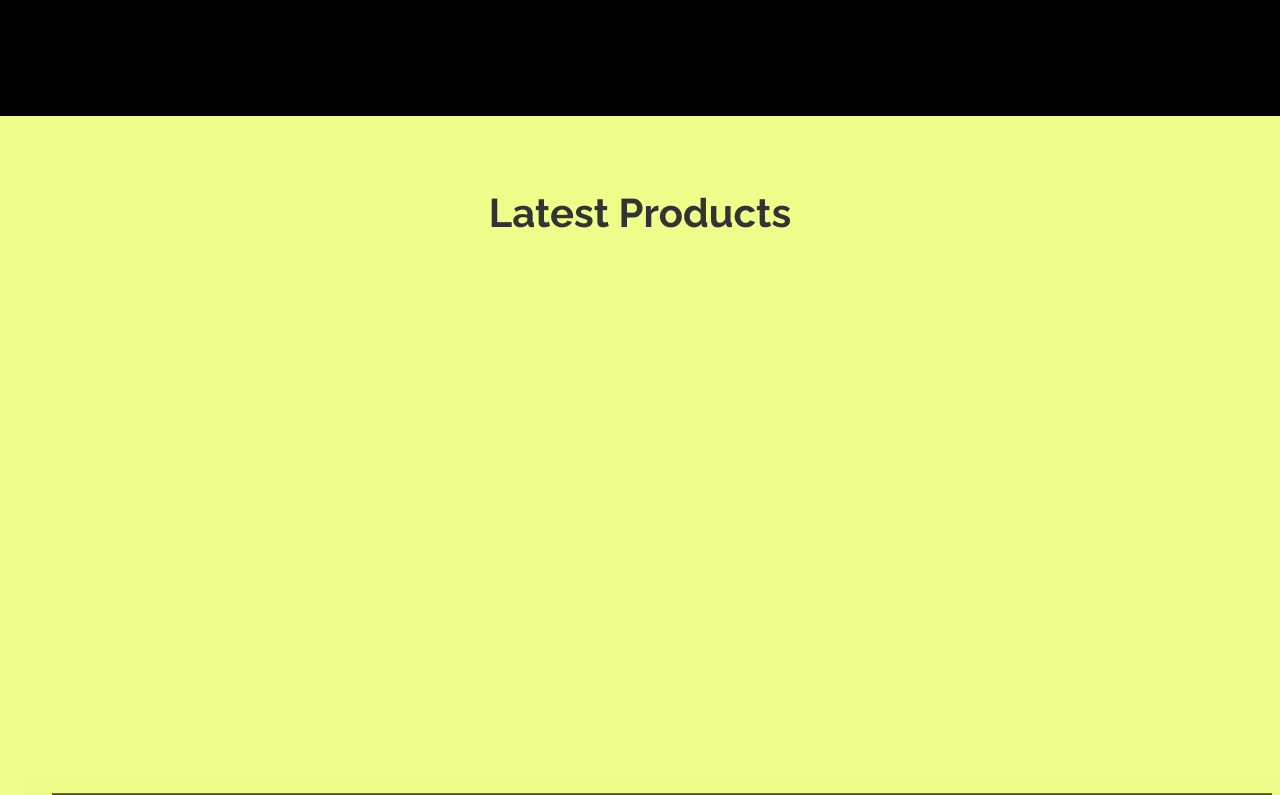
Repository: EphrahimLaanyu123/fashi_onfeet
Page: /
The author's editor kept a copy of each file at every save. The page is drawn from the files as they stood at one save, then again after a run of saves.
The browser window is 1280 px wide. The pictures show the part of the page from y = 1416 to 2211 px (the page is 6402 px tall before and 3786 px after).
Pictures or frames that could not be fetched are drawn as grey boxes. The page's requests for data from a server got no answer. Backgrounds fixed to the window are drawn as part of the page. Some web fonts or font styles are not loaded; a fallback is used. The project was rebuilt for these pictures with package versions that can differ from the ones it lists, and the page was loaded fresh each time. No one was signed in, and anything a server would have sent is missing. Also part of the build but not shown: vite.config.js, src/index.css, src/Shop/supabaseClient.js, src/Shop/components/Product.jsx, src/Shop/Shop.jsx, src/Shop/components/AddForm.css, src/Shop/components/AddProductForm.jsx, src/Shop/components/Cart.jsx and 1 more.

Above is the page before, as saved 2025-04-26 16:00:31.

### src/main.jsx
import { StrictMode } from 'react'
import { createRoot } from 'react-dom/client'
import './index.css'
import App from './App.jsx'
import 'slick-carousel/slick/slick.css';
import 'slick-carousel/slick/slick-theme.css';


createRoot(document.getElementById('root')).render(
  <StrictMode>
    <App />
  </StrictMode>,
)

### src/App.jsx
// src/App.js
import React from 'react';
import { BrowserRouter as Router, Routes, Route } from 'react-router-dom';
import './App.css';

import Home from './Home/Home';
import Products from './Home/components/Products';
import Shop from './Shop/Shop';
import AddForm from './Shop/components/AddProductForm';
import Cart from './Shop/components/Cart';
import Auth from './Auth/Auth';
import Fashi from './Home/Fashi';

function App() {
  return (
    <Router>
      <div className="App">
        <Routes>
          <Route path="/" element={<Fashi />} />
          <Route path="/auth" element={<Auth />} />
          <Route path="/shop" element={<Shop />} />
          <Route path="/add" element={<AddForm />} />
          <Route path="/cart" element={<Cart/>} />
          {/* 404 fallback */}
        </Routes>
      </div>
    </Router>
  );
}

export default App;

### src/App.css
/* index.css or main.css */
body, html {
    margin: 0;
    padding: 0;
  }

### src/Home/Home.jsx
import React from "react";
import "./Home.css"; // Import the CSS file
import Navbar from "../Navbar";

const Home = () => {
  return (
    <div className="home-container">
      <Navbar></Navbar>
      <div className="unique-container">
        <div className="image-wrapper-1">
          <div className="image-wrapper-text">
          <h1>Elevate Your Style</h1>
          <h2>FashionFeet is Your Gateway to Exclusive Kicks</h2>
          <button></button>
          </div>
        </div>
        <div className="image-wrapper-2">
        </div>
      </div>
    </div>
  );
};

export default Home;

### src/Home/components/Products.jsx
import { useEffect, useState } from 'react';
import { createClient } from '@supabase/supabase-js';
import Slider from 'react-slick';
import './Products.css';
import FadeSection from './FadeSection';

const supabaseUrl = import.meta.env.VITE_SUPABASE_URL;
const supabaseKey = import.meta.env.VITE_SUPABASE_ANON_KEY;
const supabase = createClient(supabaseUrl, supabaseKey);

const Products = () => {
  const [products, setProducts] = useState([]);
  const [fadeOpacity, setFadeOpacity] = useState(0); // Start with 0 opacity
  const [isVisible, setIsVisible] = useState(false);

  useEffect(() => {
    const fetchLatestProducts = async () => {
      const { data, error } = await supabase
        .from('products')
        .select('id, name, description, price, product_images(image_path)')
        .order('created_at', { ascending: false })
        .limit(6);

      if (error) {
        console.error('Error fetching products:', error.message);
      } else {
        setProducts(data);
      }
    };

    fetchLatestProducts();
  }, []);

  useEffect(() => {
    const handleScroll = () => {
      const scrollY = window.scrollY;
      const fadeStart = 200; // Adjust when the fade effect starts
      const fadeEnd = 500;   // Adjust when the fade effect fully ends
      const opacity = Math.min(1, Math.max(0, (scrollY - fadeStart) / (fadeEnd - fadeStart)));
      setFadeOpacity(opacity);

      // Determine if the fade content is in full view
      const fadeSection = document.querySelector('.fade-section');
      if (fadeSection) {
        const rect = fadeSection.getBoundingClientRect();
        setIsVisible(rect.top <= window.innerHeight && rect.bottom >= 0);
      }
    };

    window.addEventListener('scroll', handleScroll);
    return () => window.removeEventListener('scroll', handleScroll);
  }, []);

  const settings = {
    dots: false,
    infinite: true,
    speed: 500,
    slidesToShow: 3,
    slidesToScroll: 1,
    responsive: [
      { breakpoint: 1024, settings: { slidesToShow: 2 } },
      { breakpoint: 768, settings: { slidesToShow: 1 } },
    ],
  };

  return (
    <div className="products-wrapper">
      <h2 className="products-title">Latest Products</h2>
      <Slider {...settings} className="slider">
        {products.map((product) => (
          <div key={product.id} className="product-card-home">
            <img
              src={
                product.product_images?.[0]
                  ? `${supabaseUrl}/storage/v1/object/public/product-images/${product.product_images[0].image_path}`
                  : 'https://via.placeholder.com/300'
              }
              alt={product.name}
              className="product-image"
            />
            <div className="product-info">
              <h3 className="product-name">{product.name}</h3>
              <p className="product-description">{product.description}</p>
              <p className="product-price">Ksh {product.price}</p>
            </div>
          </div>
        ))}
      </Slider>
      <FadeSection></FadeSection>

    </div>
  );
};

export default Products;

### src/Home/Fashi.jsx
import React from 'react'
import Home from './Home'
import Products from './components/Products'
import ParallaxSection from './components/ParallaxSection'
import Footer from '../Footer'

const Fashi = () => {
  return (
    <div>
      <Home></Home>
      <Products></Products>
      <ParallaxSection></ParallaxSection>
      <Footer></Footer>

    </div>
  )
}

export default Fashi

### src/Home/Home.css
@import url('https://fonts.googleapis.com/css2?family=Oranienbaum&display=swap');


.home-container {
  display: flex;
  flex-direction: column;
  align-items: center;
  justify-content: center;
  min-height: 100vh;
  background-color: #000000;
  padding: 20px;
  overflow-x: hidden;
}

.home-title {
  font-size: 2rem;
  font-weight: bold;
  text-align: center;
  margin-bottom: 20px;
}

.unique-container {
  width: 100vw;
  display: flex;
  justify-content: center;
  padding-top: 6rem;
  padding-bottom: 6rem;
}


.image-wrapper-1 {
  display: flex;
  flex-direction: column;
  width: 65%;
  height: 1300px;
  background-image: url('https://static.wixstatic.com/media/bc439c_81f0e108fef742289cca2a608af8d3c1~mv2.jpg');
  background-size: cover;
  background-position: center;
  background-attachment: fixed;
  background-repeat: no-repeat;
}

.image-wrapper-2 {
  display: flex;
  justify-content: center;
  align-items: center;
  width: 35%;
  height: 1300px;
  background-image: url('https://static.wixstatic.com/media/bc439c_01f9dcb9288c449084b2625be71b7a54~mv2.jpg');
  background-size: contain;
  background-position: center;
  background-attachment: fixed;
}

@media (max-width: 768px) {
  .image-container {
    flex-direction: column;
    align-items: center;
  }

  .image-wrapper-1,
  .image-wrapper-2 {
    width: 80%;
    max-width: 100%;
    background-attachment: scroll; /* Ensure no parallax on small screens */
  }
}

.image-wrapper-text {
  display: flex;
  flex-direction: column;
  padding: 2rem;
}


.image-wrapper-1 h1 {
  font-size: 10rem;
  color: white;
  text-shadow: 2px 2px 8px rgba(255, 255, 255, 0.3);
  text-align: left;
  font-family: "Oranienbaum", serif;

}

.image-wrapper-1 h2 {
  font-size: 2rem;
  color: #f0eaea;
  text-shadow: 1px 1px 6px rgba(255, 255, 255, 0.2);
  text-align: left;
  max-width: 80%;
}

### src/Navbar.jsx
import React from 'react'
import './Navbar.css'

const Navbar = () => {
  return (
    <nav className="navbar">
      <div className="navbar-left">fashi_<span>onfeet</span></div>

      <div className="navbar-center">
        <a href="/" className="nav-link">Home</a>
        <a href="/shop" className="nav-link">Shop</a>
      </div>

      <div className="navbar-right">
        <a href="/cart" className="cart-icon">🛒</a>
      </div>
    </nav>
  )
}

export default Navbar

### src/Home/components/Products.css
.products-wrapper {
  padding: 40px 20px;
  background-color: #EFFE8A;
  font-family: "Raleway", sans-serif;
  overflow-x: hidden;
  position: relative; /* Needed for absolute positioning of children if necessary */
}

.products-title {
  text-align: center;
  font-size: 2.5rem;
  font-weight: bold;
  margin-bottom: 40px;
  color: #333;
}
.slider {
  display: flex;
  gap: 60px;
  height: 500px; /* Set fixed height */
  align-items: center; /* Ensure slides are vertically centered */
  overflow: hidden; /* prevents content inside from leaking out */

}

.slick-slide {
  display: flex;
  justify-content: center;
  padding: 0 10px; /* Optional: Add space around each slide */
}

.product-card-home {
  background-color: #F7FFC5;
  overflow: hidden;
  transition: box-shadow 0.3s ease;
  height: 450px;
  width: 100%; /* Ensure each card takes full width of its slide */
  display: flex;
  flex-direction: column;
  border: 2px solid black; /* Add a 2px solid black border */
  box-sizing: border-box; /* Ensures border doesn't affect the overall size of the card */
}


.product-card-home:hover {
  box-shadow: 0 4px 20px rgba(0, 0, 0, 0.2);
}

.product-image {
  width: 100%;
  height: 65%; /* Increase image height to cover most of the card */
  object-fit: cover;
}

.product-info {
  padding: 16px;
  font-size: 1rem; /* Adjust font size to be smaller for better balance */
  flex-grow: 1; /* Ensure the product info takes the remaining space */
  display: flex;
  flex-direction: column;
  justify-content: flex-end; /* Align the text towards the bottom */
}

.product-name {
  font-size: 1.3rem; /* Adjust font size for better balance */
  margin: 0 0 8px;
  color: #333;
}

.product-description {
  font-size: 1rem;
  color: #666;
}

.product-price {
  font-weight: bold;
  font-size: 1.5rem; /* Adjust font size */
  color: #000;
}

/* Slick Carousel styling */
.slick-slide {
  display: flex;
  justify-content: center;
  padding: 0 10px; /* Adding horizontal padding for spacing between cards */
}

.slick-prev, .slick-next {
  z-index: 1;
}


/* Responsive design */
@media (max-width: 1024px) {
  .products-wrapper {
    padding: 20px;
  }
}

@media (max-width: 768px) {
  .products-wrapper {
    padding: 10px;
  }
}

### src/Home/components/FadeSection.jsx
import { useEffect, useState, useRef } from 'react';
import './FadeSection.css';

const FadeSection = () => {
  const [isVisible, setIsVisible] = useState(false);
  const [scrollProgress, setScrollProgress] = useState(0);
  const sectionRef = useRef(null);

  useEffect(() => {
    const handleScroll = () => {
      if (!sectionRef.current) return;

      const sectionTop = sectionRef.current.getBoundingClientRect().top;
      const windowHeight = window.innerHeight;

      const visibility = Math.max(0, Math.min(1, 1 - sectionTop / windowHeight));
      setScrollProgress(visibility);
      setIsVisible(visibility > 0.1);
    };

    window.addEventListener('scroll', handleScroll);
    handleScroll();

    return () => window.removeEventListener('scroll', handleScroll);
  }, []);

  return (
    <div
      ref={sectionRef}
      className="fade-section"
      style={{
        backgroundColor: `rgba(239, 254, 138, ${scrollProgress})`,
      }}
    >
      <div
        className={`fade-content ${isVisible ? 'visible' : ''}`}
        style={{
          opacity: scrollProgress,
          transform: `translateY(${(1 - scrollProgress) * 50}px)`,
        }}
      >
        <div className="image-background-wrapper">
          <img
            src="https://static.wixstatic.com/media/bc439c_cb372cc97203439cba9f64c8f15cf5c3~mv2.jpg"
            alt="Background"
            className="background-img"
          />
          <div className="overlay" />
          <div className="overlay-content">
            <p>Discover a wide variety of items tailored just for you.</p>
            <button className="explore-button">View All Products</button>
          </div>
        </div>
      </div>
    </div>
  );
};

export default FadeSection;

### src/Shop/components/Cart.css
.cart-container {
    padding: 20px;
    font-family: Arial, sans-serif;
  }

  h2 {
    margin-bottom: 20px;
  }

  .cart-items {
    display: flex;
    flex-direction: column;
    gap: 20px;
  }

  .cart-item {
    display: flex;
    gap: 20px;
    border: 1px solid #ddd;
    padding: 10px;
    border-radius: 8px;
  }

  .cart-item-image {
    width: 100px;
    height: 100px;
    object-fit: cover;
  }

  .cart-item-details {
    flex: 1;
  }

  .cart-total {
    margin-top: 30px;
    font-size: 18px;
    font-weight: bold;
  }

  .checkout-btn {
    margin-top: 10px;
    padding: 10px 20px;
    background-color: #2196f3;
    color: white;
    border: none;
    border-radius: 5px;
    cursor: pointer;
  }

  .checkout-btn:hover {
    background-color: #1976d2;
  }

### src/Home/components/ParallaxSection.jsx
import { useEffect, useRef } from 'react';
import './ParallaxSection.css';

function ParallaxSection() {
  const leftImageRef = useRef(null);
  const rightImageRef = useRef(null);

  useEffect(() => {
    const handleScroll = () => {
      const scrollPosition = window.scrollY;
      const sectionOffset = leftImageRef.current?.getBoundingClientRect().top + window.scrollY || 0;

      // Only apply parallax effect when the section is in view
      if (leftImageRef.current && rightImageRef.current) {
        const relativeScroll = Math.max(0, scrollPosition - sectionOffset);
        leftImageRef.current.style.transform = `translateY(${relativeScroll * 0.2}px)`;
        rightImageRef.current.style.transform = `translateY(${relativeScroll * 0.4}px)`;
      }
    };

    window.addEventListener('scroll', handleScroll);

    return () => {
      window.removeEventListener('scroll', handleScroll);
    };
  }, []);

  return (
    <div className="parallax-container">
      <div className="parallax-section">
      <div className="image-container left">
  <div className="parallax-wrapper">
    <div
      className="parallax-image"
      ref={leftImageRef}
      style={{ backgroundImage: 'url("https://static.wixstatic.com/media/bc439c_cb372cc97203439cba9f64c8f15cf5c3~mv2.jpg")' }}
    />
    <div className="parallax-text top">Inspiring Innovation</div>
  </div>
</div>

<div className="image-container right">
  <div className="parallax-wrapper">
    <div
      className="parallax-image"
      ref={rightImageRef}
      style={{ backgroundImage: 'url("https://static.wixstatic.com/media/bc439c_f673244f98014114a7e469d7769acfa2~mv2.jpg")' }}
    />
    <div className="parallax-text bottom">Crafted With Passion</div>
  </div>
</div>

      </div>



      <div className="scroll-indicator">
        <span></span>
      </div>


    </div>
  );
}

export default ParallaxSection;

### src/Footer.jsx
import React from 'react'
import "./Footer.css"

const Footer = () => {
  return (
    <div className='footer'>
      <div className="footer-container"> {/* New wrapper */}
        <section className="footer-left">
          <ul className="links">
            <li>Privacy Policy</li>
            <li>Accessibility Statement</li>
            <li>Shipping Policy</li>
            <li>Terms & Conditions</li>
            <li>Refund Policy</li>
          </ul>
        </section>

        <section className="footer-right">
          <p>Stay connected with us</p>
          <p>0712345678</p>
          <p>fashionfeet.com</p>
          <p>Nairobi, Kenya</p>
          <ul className="socials">
            {/* Social icons can go here */}
          </ul>
        </section>
      </div>
      <section className="footer-bottom">
        <p>Fashionfeet</p>
      </section>
    </div>
  )
}

export default Footer

### src/Navbar.css
.navbar {
  position: fixed;
  top: 0;
  left: 0;
  width: 100%;
  z-index: 1000; /* Make sure it stays on top */
  display: flex;
  justify-content: space-between;
  align-items: center;
  background-color: #000;
  color: white;
  padding: 0.75rem 1.5rem;
  font-family: sans-serif;
  box-shadow: 0 2px 5px rgba(0, 0, 0, 0.3); /* Optional: adds shadow for separation */
}


  .navbar-left {
    font-weight: bold;
    font-size: 1.2rem;
  }

  .navbar-left span {
    color: #fff;
  }

  .navbar-center {
    display: flex;
    gap: 2rem;
  }

  .nav-link {
    color: white;
    text-decoration: none;
    font-size: 1rem;
  }

  .nav-link:hover {
    text-decoration: underline;
  }

  .navbar-right .cart-icon {
    font-size: 1.3rem;
    text-decoration: none;
    color: white;
  }

  .cart-icon:hover {
    opacity: 0.8;
  }

### src/Home/components/FadeSection.css
.fade-section {
    width: 100vw;
    display: flex;
    align-items: center;
    justify-content: center;
    transition: background-color 0.4s ease-out;
  }

  .fade-content {
    padding: 0;
    text-align: center;
    max-width: 95%;
    height: 400px;
    margin: 0 auto;
    opacity: 0;
    transform: translateY(50px);
    transition: opacity 0.5s ease, transform 0.5s ease;
    width: 100%; /* Full width for content */
  }

  .fade-content.visible {
    opacity: 1;
    transform: translateY(0);
  }

  .image-background-wrapper {
    position: relative;
    width: 100%;
    height: 100%;
    overflow: hidden;
    box-shadow: 0 10px 30px rgba(0, 0, 0, 0.05);
    border: 2px solid black;
  }

  .background-img {
    position: absolute;
    top: 0;
    left: 0;
    width: 100%;
    height: 100%;
    object-fit: cover;
    z-index: 1;
  }

  .overlay {
    position: absolute;
    top: 0; left: 0;
    width: 100%;
    height: 100%;
    background: rgba(0, 0, 0, 0.4); /* Optional dark overlay */
    z-index: 2;
  }

  .overlay-content {
    position: relative;
    z-index: 3;
    height: 100%;
    display: flex;
    flex-direction: column;
    justify-content: center;
    align-items: center;
    color: white;
    padding: 2rem;
  }

  .overlay-content p {
    font-size: 1.5rem;
    margin-bottom: 1.5rem;
    line-height: 1.6;
    text-align: center;
  }

  .explore-button {
    background-color: white;
    color: #333;
    border: 2px solid #333;
    padding: 12px 24px;
    font-size: 1rem;
    font-weight: 600;
    cursor: pointer;
    transition: all 0.3s ease;
    border-radius: 6px;
  }

  .explore-button:hover {
    background-color: #333;
    color: white;
  }

  @media (max-width: 768px) {
    .overlay-content {
      padding: 1.5rem;
    }

    .overlay-content p {
      font-size: 1rem;
    }
  }

### src/Home/components/ParallaxSection.css
html {
    scroll-behavior: smooth;
  }

  .parallax-container {
    width: 100%;
    position: relative;
    margin-top: 50px;
    overflow-x: hidden;
  }

  .parallax-section {
    display: flex;
    height: 100vh;
    width: 100vw;
    position: relative;
    overflow: hidden;
  }

  .image-container {
    width: 50%;
    height: 100%;
    overflow: hidden;
    position: relative;
  }

  .left {
    left: 0;
  }

  .right {
    right: 0;
  }

  .parallax-image {
    width: 100%;
    height: 120%;
    background-size: cover;
    background-position: center;
    position: absolute;
    top: 0;
    will-change: transform;
  }

  .content-section {
    height: 100vh;
    display: flex;
    flex-direction: column;
    justify-content: center;
    align-items: center;
    position: absolute;
    top: 0;
    left: 0;
    width: 100%;
    background: rgba(0, 0, 0, 0.3);
    color: #fff;
    text-align: center;
    z-index: 1;
  }

  .content-section h1 {
    font-size: 4rem;
    margin-bottom: 0.5rem;
    font-weight: 700;
    letter-spacing: -0.03em;
    text-shadow: 0 2px 10px rgba(0, 0, 0, 0.3);
  }

  .content-section p {
    font-size: 1.5rem;
    font-weight: 300;
    max-width: 600px;
    line-height: 1.4;
    margin: 0 auto;
    padding: 0 20px;
    text-shadow: 0 1px 5px rgba(0, 0, 0, 0.5);
  }

  .scroll-indicator {
    position: absolute;
    bottom: 40px;
    left: 50%;
    transform: translateX(-50%);
    height: 50px;
    width: 30px;
    display: flex;
    justify-content: center;
    z-index: 10;
  }

  .scroll-indicator span {
    width: 8px;
    height: 8px;
    background: #fff;
    border-radius: 50%;
    animation: scrollIndicator 2s infinite;
    opacity: 0.8;
  }

  @keyframes scrollIndicator {
    0% {
      transform: translateY(0);
      opacity: 0.8;
    }
    50% {
      transform: translateY(20px);
      opacity: 0.4;
    }
    100% {
      transform: translateY(0);
      opacity: 0.8;
    }
  }

  .additional-content {
    min-height: 100vh;
    padding: 80px 5%;
    background: #fff;
    position: relative;
    z-index: 2;
  }

  .section {
    max-width: 800px;
    margin: 0 auto 80px;
    padding: 40px;
    border-radius: 8px;
    background: #f8f8f8;
    box-shadow: 0 4px 30px rgba(0, 0, 0, 0.05);
    transition: transform 0.3s ease, box-shadow 0.3s ease;
  }

  .section:hover {
    transform: translateY(-5px);
    box-shadow: 0 8px 40px rgba(0, 0, 0, 0.1);
  }

  .section h2 {
    font-size: 2rem;
    margin-bottom: 20px;
    color: #111;
    font-weight: 600;
    letter-spacing: -0.02em;
  }

  .section p {
    font-size: 1.1rem;
    line-height: 1.6;
    color: #444;
    font-weight: 400;
  }

  @media (max-width: 768px) {
    .parallax-section {
      flex-direction: column;
      height: 200vh;
    }

    .image-container {
      width: 100%;
      height: 50%;
    }

    .content-section h1 {
      font-size: 3rem;
    }

    .content-section p {
      font-size: 1.2rem;
    }

    .section h2 {
      font-size: 1.8rem;
    }

    .section p {
      font-size: 1rem;
    }
  }



  .parallax-wrapper {
    position: relative;
    width: 100%;
    height: 100%;
  }

  .parallax-text {
    position: absolute;
    width: 100%;
    text-align: center;
    color: white;
    font-size: 2rem;
    font-weight: bold;
    text-shadow: 0 2px 10px rgba(0, 0, 0, 0.6);
    padding: 20px;
    z-index: 2;
    pointer-events: none;
  }

  .parallax-text.top {
    top: 0;
  }

  .parallax-text.bottom {
    bottom: 0;
  }

### src/Footer.css
.footer {
    width: 100%;
    background-color: black;
    height: 3000px;
  }

  .footer-container {
    display: flex;
    width: 100%;
  }

  .footer-left {
    width: 50%;
    height: 300px;
    display: flex;
    justify-content: flex-end;
    align-items: flex-end;
    color: beige;
  }

  .links {
    display: flex;
    flex-direction: column;
    padding: 6rem;
    padding-right: 10rem;
  }

  .footer-right {
    background-color: #EFFE8A;
    width: 50%;
    padding: 4rem;
  }


.footer-bottom {
    color: aliceblue;
    display: flex;
    justify-content: center;
    align-items: center;
}

Loaded but not shown: index.html (common file); src/Shop/Shop.css (245 lines, source omitted)

After the next 3 saves:
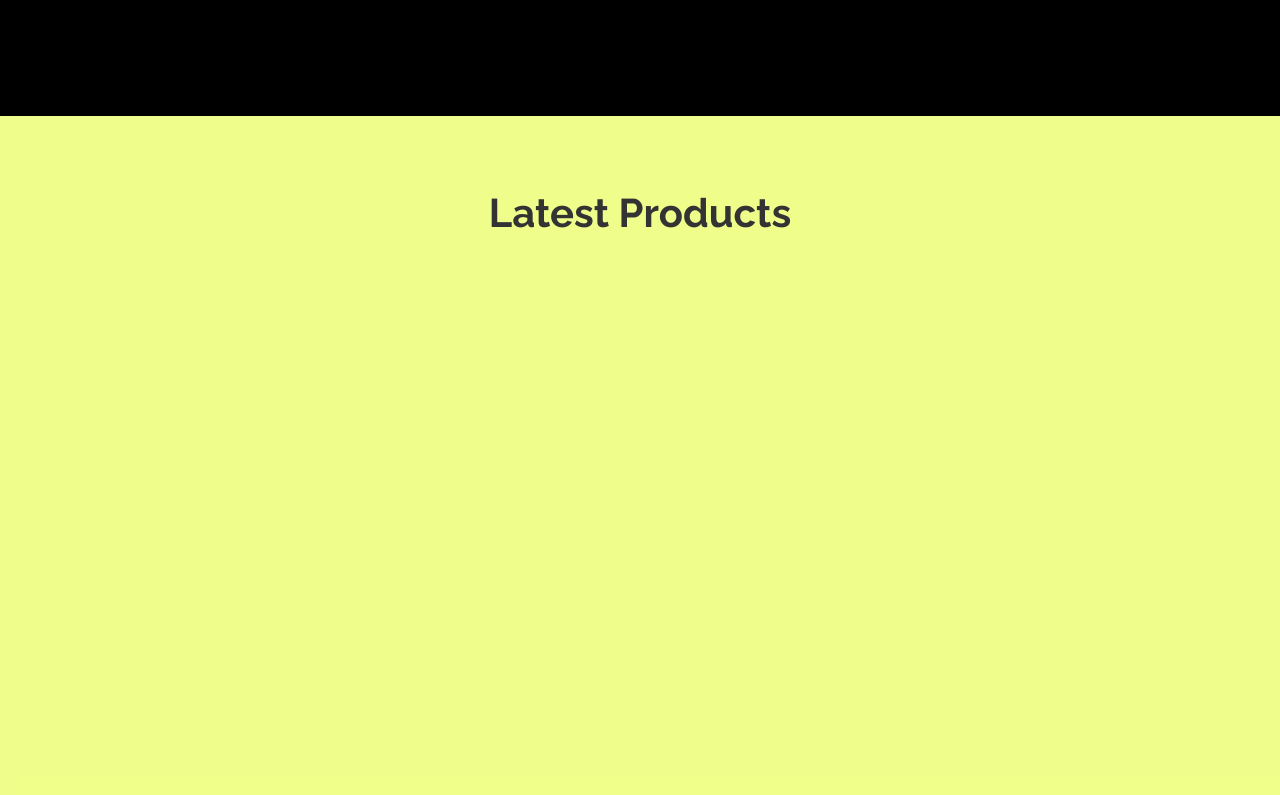
The 3 saves are shown as one change because they came seconds apart.
The last was saved 17 s later.
--- a/src/Footer.css
+++ b/src/Footer.css
@@ -1,7 +1,6 @@
 .footer {
-    width: 100%;
+    width: 10%;
     background-color: black;
-    height: 3000px;
   }
 
   .footer-container {
